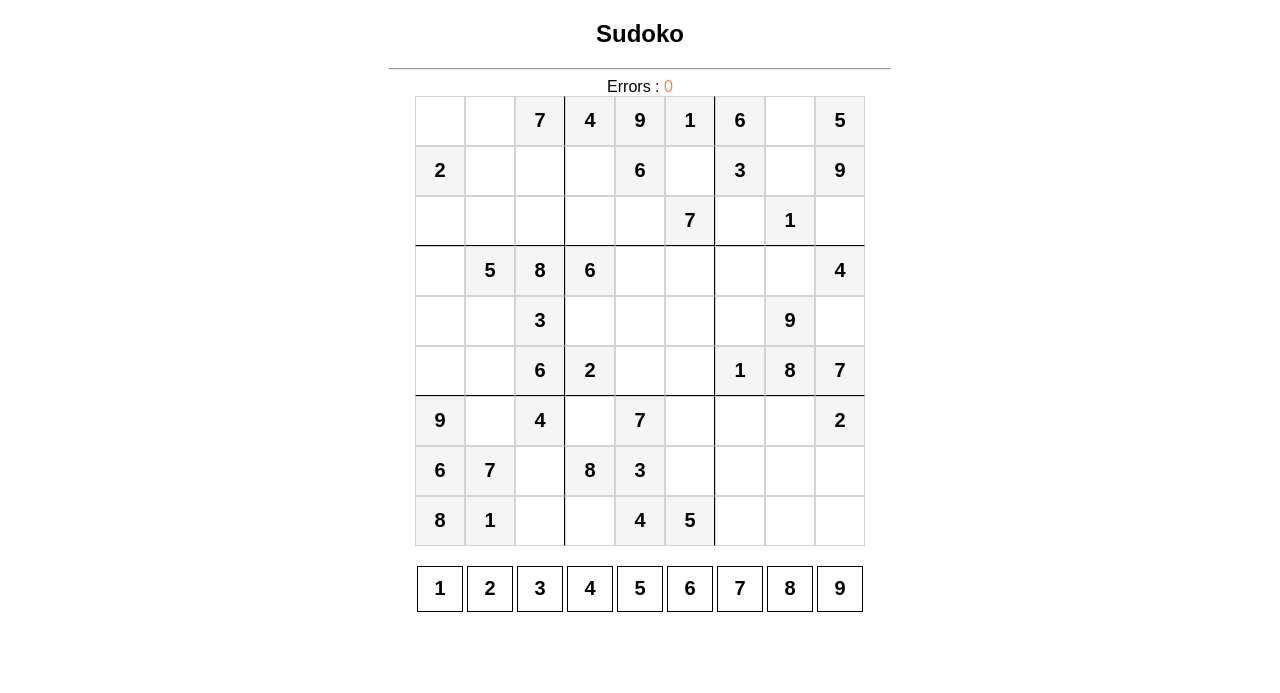
Repository: divyaravada/javascript-games
Page: sudoko/sudoko.html
These files come from the project's save history. The page is drawn as it stood at one moment and after the next save; the edit follows.
The browser window is 1280 px wide. The pictures show the whole page.

Above is the page before, as saved 2022-03-15 18:34:14.

After the next save:
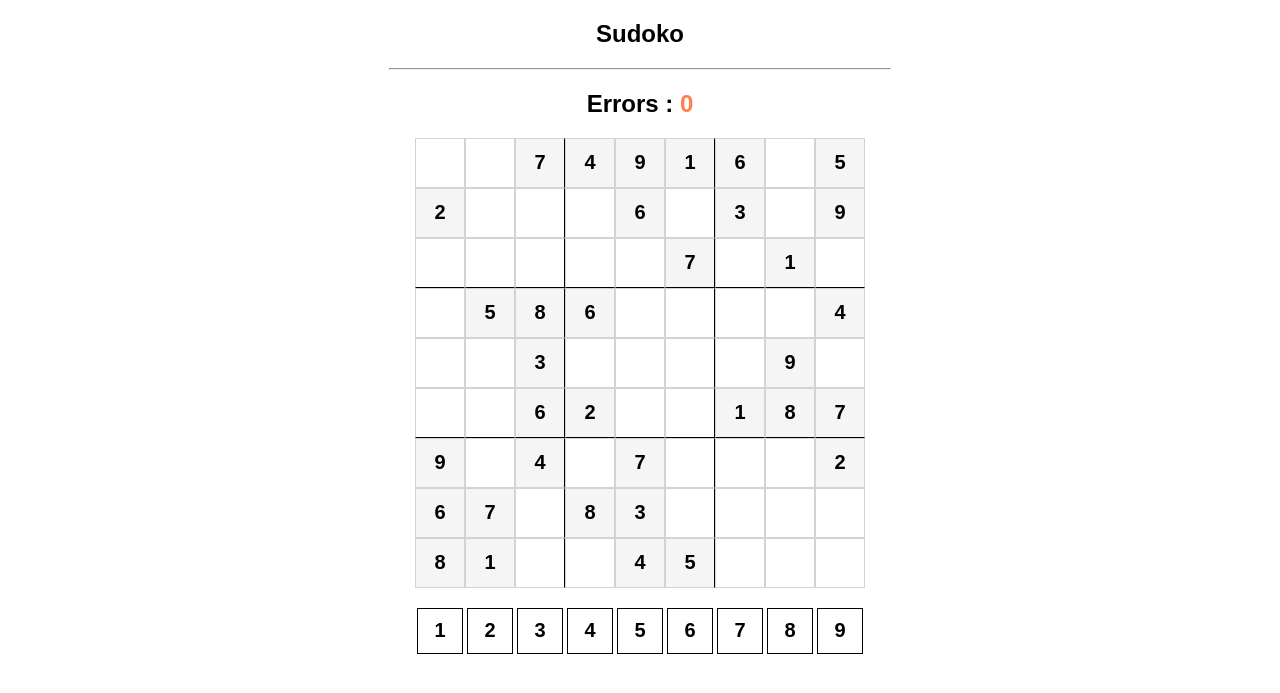
Saved 20 s later.
--- a/sudoko/sudoko.html
+++ b/sudoko/sudoko.html
@@ -14,10 +14,10 @@
   <body>
     <h2>Sudoko</h2>
     <hr />
-    <div>
+    <h2>
       Errors :
       <span id="errors">0</span>
-    </div>
+    </h2>
 
     <!-- 9x9 board-->
     <div id="board"></div>
